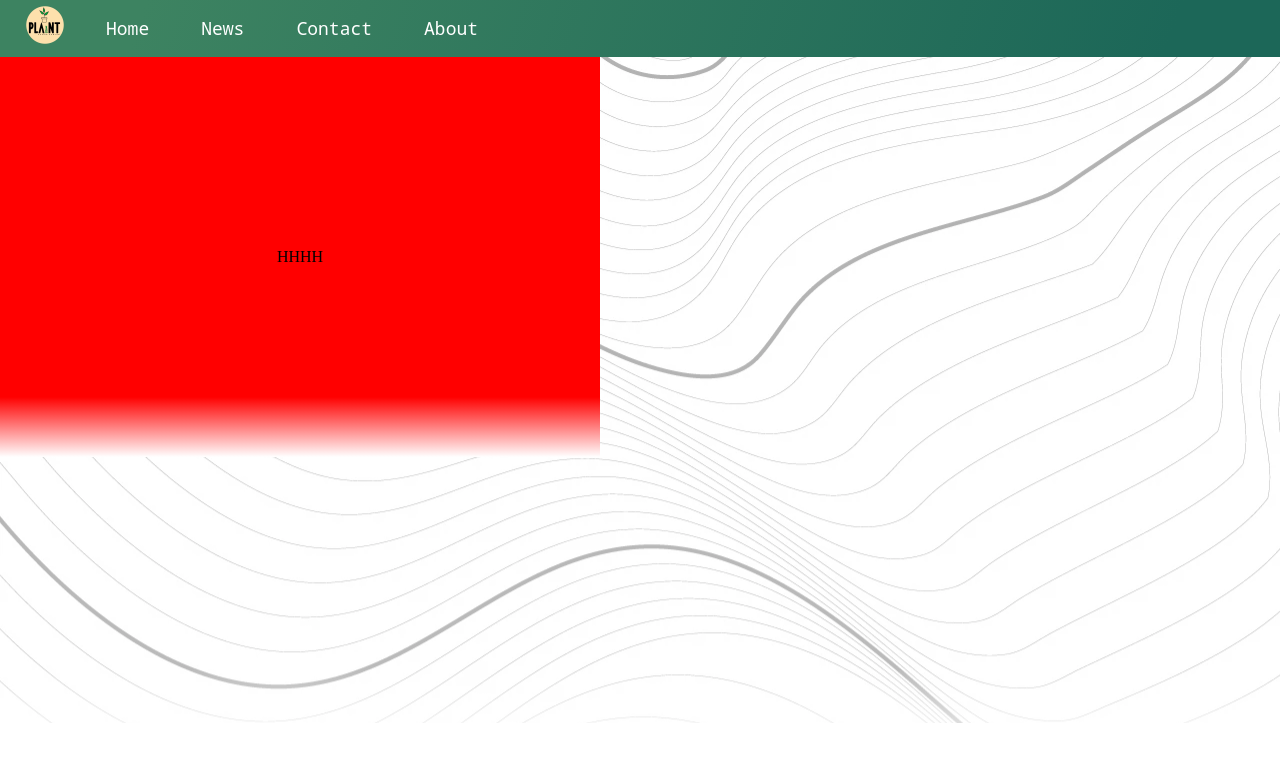
Repository: Flexo874/ISITECH-HTML-CSS
Page: about.html
The author's editor kept a copy of each file at every save. The page is drawn from the files as they stood at one save, then again after the next save.
The browser window is 1280 px wide. The pictures show the whole page.

Above is the page before, as saved 2024-01-04 16:34:40.

After the next save:
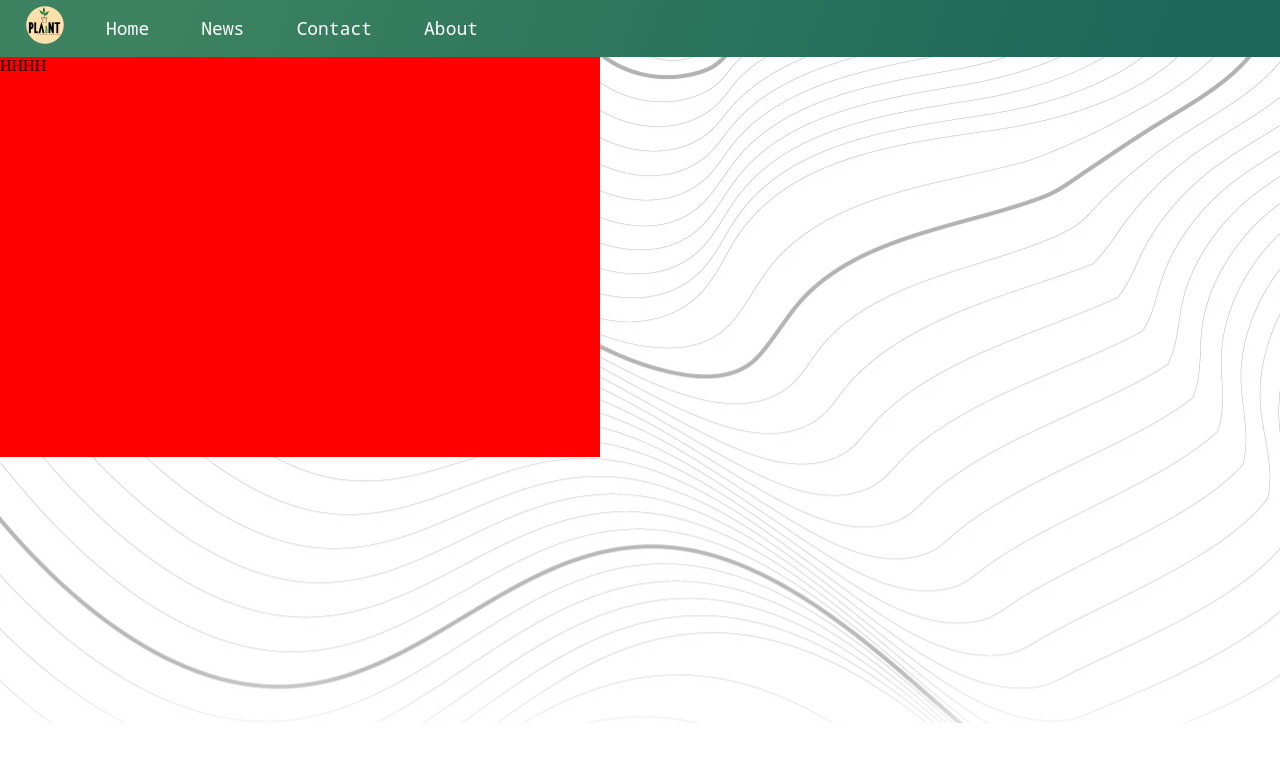
Saved 12 s later.
--- a/about.css
+++ b/about.css
@@ -57,7 +57,7 @@
     background-image:url(images/lines.webp);
   }
 
-  .plant-img > div {
+  .plant-img > .fade {
     position: absolute;
     width: 100%;
     height: 100%;
